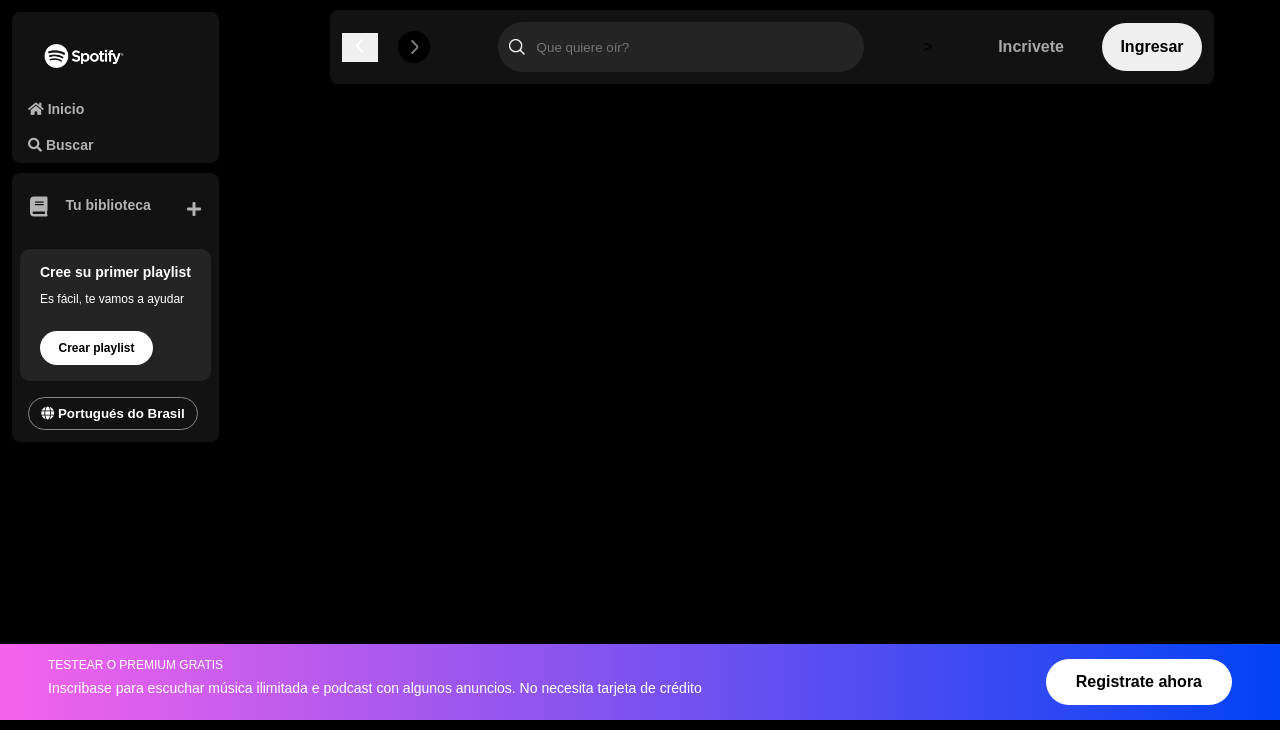
Repository: AnaFzCz/PROYECTO-SPOTIFY
Page: index.html
The author's editor kept a copy of each file at every save. The page is drawn from the files as they stood at one save, then again after the next save.
The browser window is 1280 px wide. The pictures show the whole page.

Above is the page before, as saved 2025-01-30 15:45:01.

After the next save:
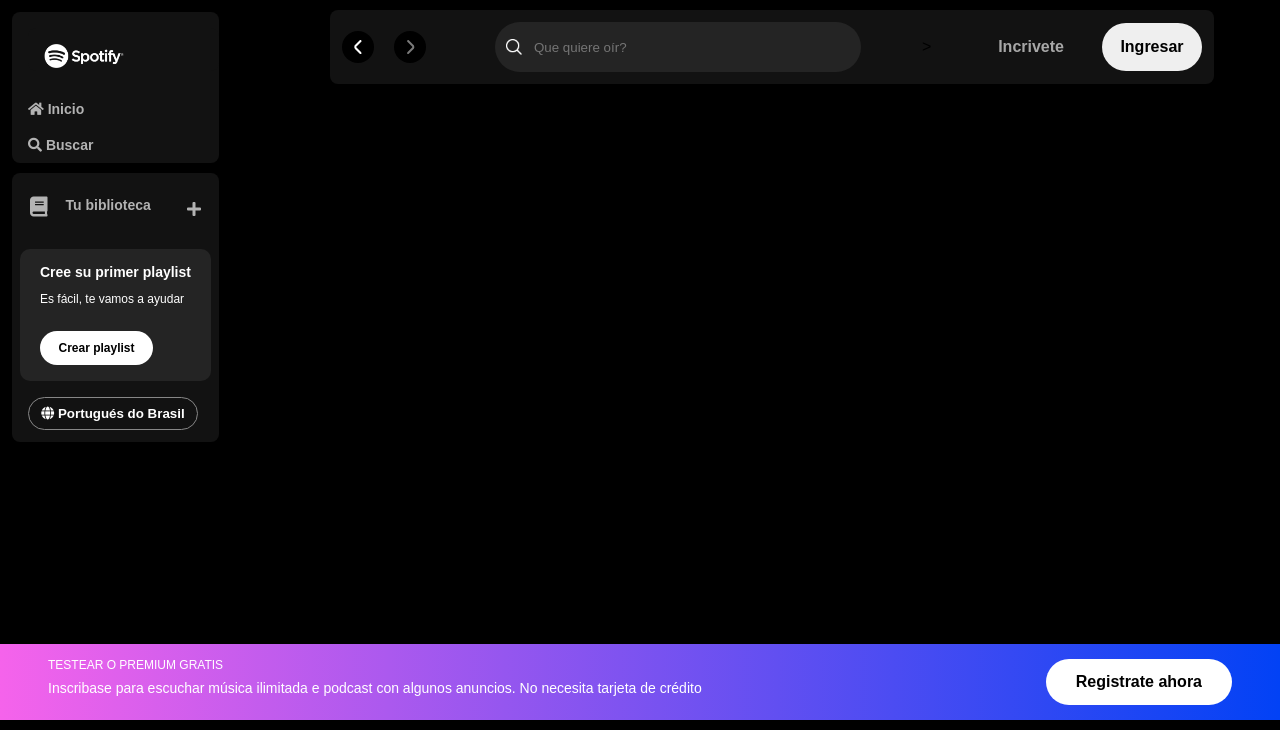
Saved 52 s later.
--- a/src/styles/main.css
+++ b/src/styles/main.css
@@ -28,7 +28,7 @@
     margin-right: 1.25rem;
 }
 
-.arrow-lef,
+.arrow-left,
 .arrow-right {
     display: flex;
     align-items: center;
